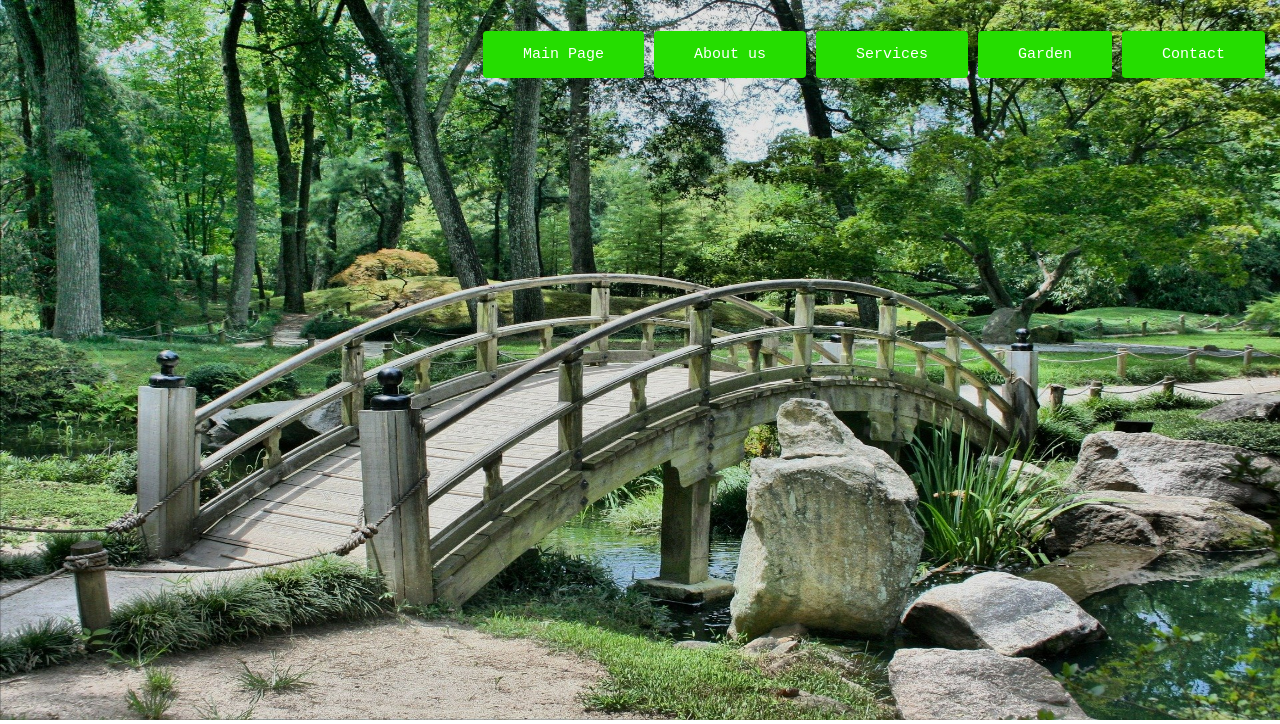
Repository: PatryxB/garden
Page: http://localhost/
An editor plug-in stored every save of this project. The page is shown before and after the next save, followed by the edit.
The browser window is 1280 px wide. The pictures show the whole page.
Some web fonts or font styles are not loaded; a fallback is used. The page is served by the project's Laravel application, run on PHP 8.4 with Laravel 8. Style sheets and scripts are compiled from the project's sources, by tool versions that may differ from the author's.

Above is the page before, as saved 2020-05-01 21:13:53.

After the next save:
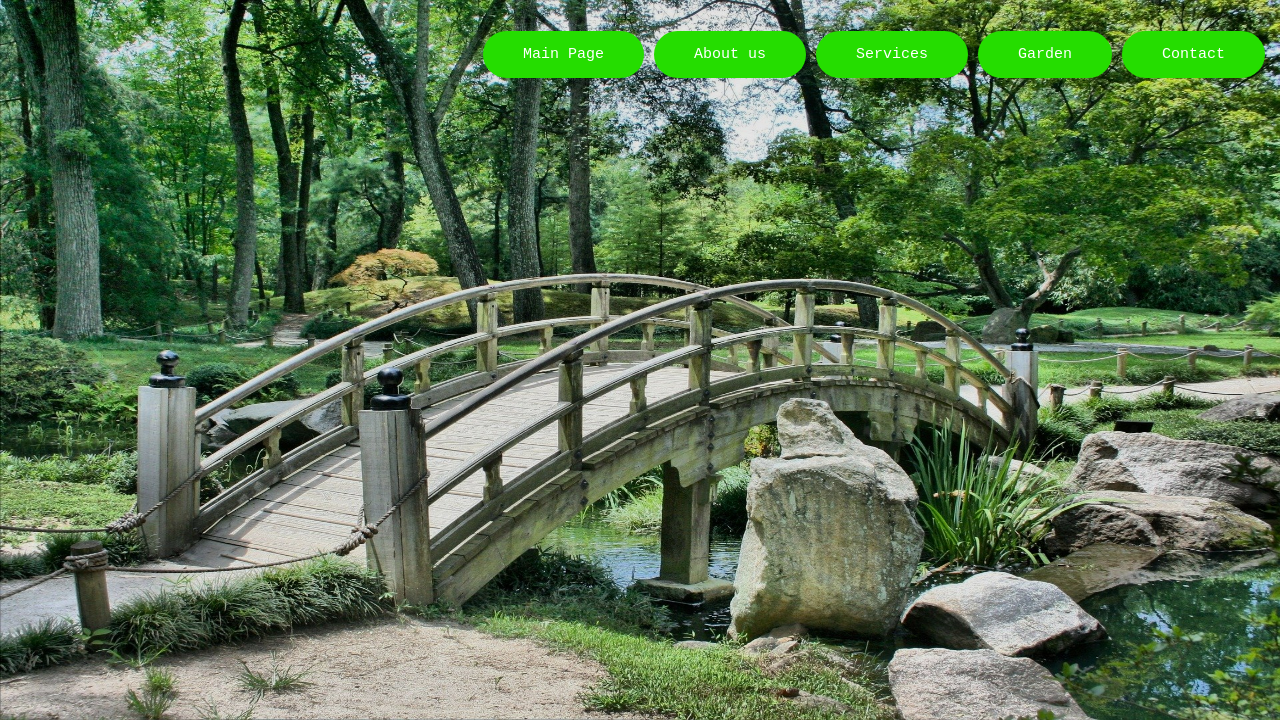
Saved 2 min 1 s later.
--- a/resources/sass/app.scss
+++ b/resources/sass/app.scss
@@ -23,7 +23,7 @@ nav ul li a{
     background-color: rgb(37, 221, 0);
     color: white;
     padding: 15px 40px;
-    border-radius: 4px;
+    border-radius: 25px;
     margin-left: 10px;
     cursor:pointer;
     transition: all 0.2s ease-in-out;
